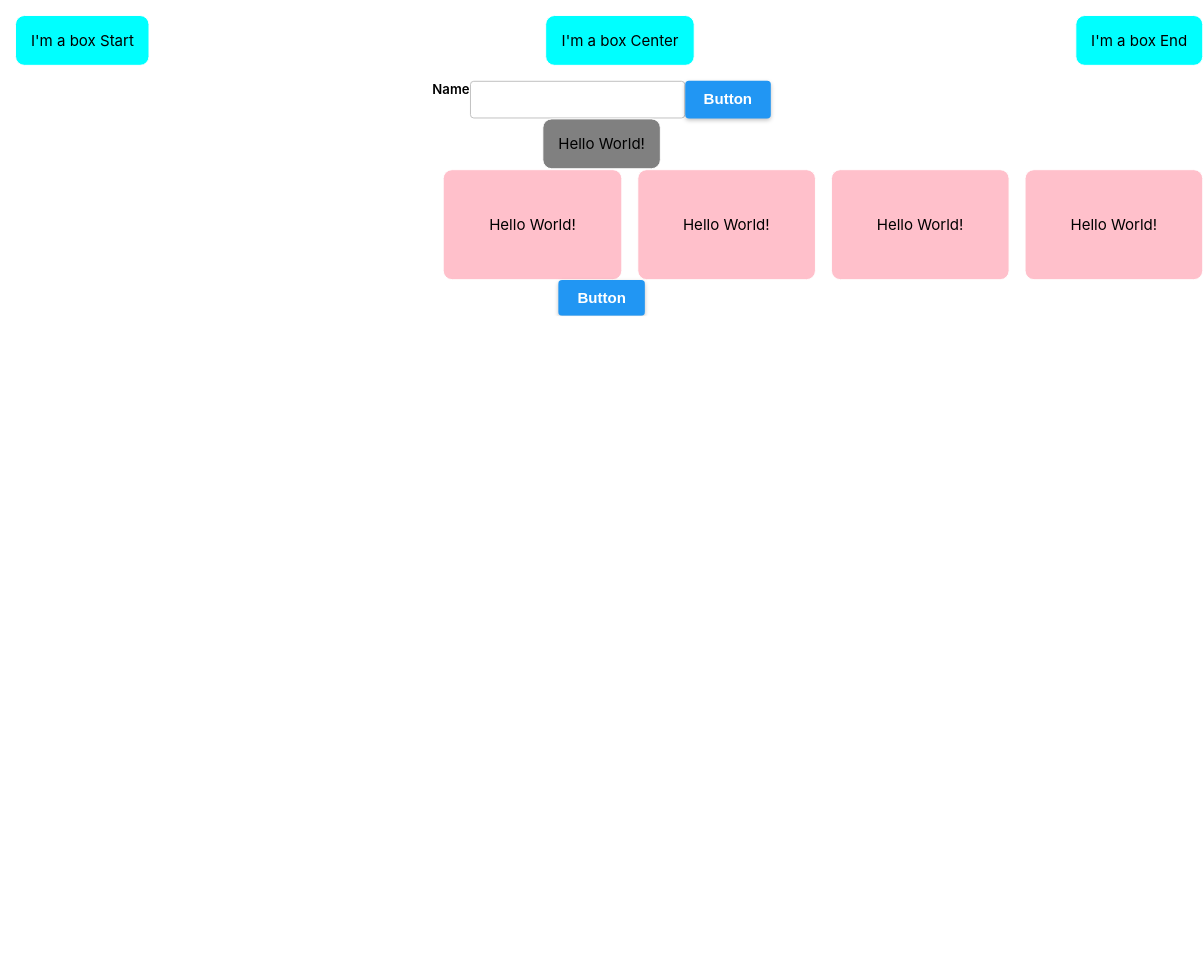
Repository: roistyx/react
Page: /components (app in layouts-app/)
An editor plug-in stored every save of this project. The page is shown before and after the next save, followed by the edit.
The browser window is 1280 px wide. The pictures show the whole page, at 94% of full size.
The project was rebuilt for these pictures with package versions that can differ from the ones it lists, and the page was loaded fresh each time.

Above is the page before, as saved 2023-04-30 17:06:43.

### layouts-app/src/App.js
import React from 'react';
import { Between, SpaceEvenly, Center, FlexEnd } from './layouts/Line';
import { Btn } from './elements/Btn';
import { Rows } from './layouts/Line';
import SearchField from './elements/TextField';
import { AlignCenter } from './layouts/Line';
import { Box } from './layouts/Box';
import { Grid } from './layouts/Grid';

export default function App() {
	return (
		<div>
			<Between>
				<Box bgColor="	#00FFFF" borderRadius="10px" gap="1rem" boxMargin="1rem">
					<span>I'm a box Start</span>
				</Box>
				<Box bgColor="	#00FFFF" borderRadius="10px" gap="1rem">
					<span>I'm a box Center</span>
				</Box>
				<Box bgColor="	#00FFFF" borderRadius="10px" gap="1rem">
					<span>I'm a box End</span>
				</Box>
			</Between>
			<Rows>
				<AlignCenter>
					<SearchField />
				</AlignCenter>
			</Rows>
			<Center>
				<Box bgColor="grey" borderRadius="10px" gap="1rem">
					<span>Hello World!</span>
				</Box>
			</Center>
			<FlexEnd>
				<Box bgColor="pink" borderRadius="10px" gap="3rem">
					<span>Hello World!</span>
				</Box>
				<Box bgColor="pink" borderRadius="10px" gap="3rem">
					<span>Hello World!</span>
				</Box>
				<Box bgColor="pink" borderRadius="10px" gap="3rem">
					<span>Hello World!</span>
				</Box>
				<Box bgColor="pink" borderRadius="10px" gap="3rem">
					<span>Hello World!</span>
				</Box>
			</FlexEnd>
			<Center>
				<Btn>Button</Btn>
			</Center>
			<Grid gap="5rem" bgColor="pink">
				<Box>One</Box>
				<Box>Two</Box>
				<Box>Three</Box>
				<Box>Four</Box>
				<Box>Five</Box>
				<Box>Six</Box>
				<Box>Seven</Box>
			</Grid>
		</div>
	);
}

### layouts-app/src/layouts/Line.js
import './Line.css';

export const Line = ({ children, addClass }) => {
	return <div className={`Line ${addClass || ''}`}>{children}</div>;
};

export const FlexEnd = (props) => {
	return <Line {...props} addClass="flex-end" />;
};

export const Between = (props) => {
	return <Line {...props} addClass="between" />;
};

export const Center = (props) => {
	return <Line {...props} addClass="center" />;
};

export const SpaceEvenly = (props) => {
	return <Line {...props} addClass="evenly" />;
};

export const Rows = (props) => {
	return <Line {...props} addClass="rows" />;
};

export const AlignStart = ({ children }) => {
	return <div className="AlignStart">{children}</div>;
};

export const AlignCenter = ({ children }) => {
	return <div className="AlignCenter">{children}</div>;
};

### layouts-app/src/elements/Btn.js
import { Button } from '@mui/material';
import './Btn.css';
export const Btn = ({ children }) => {
	return (
		<button className="Btn">
			<span>{children}</span>{' '}
		</button>
		// <Button variant="contained" color="primary">
		// 	{' '}
		// 	<span>{children}</span>{' '}
		// </Button>
	);
};

### layouts-app/src/elements/TextField.js
import '../elements/TextField.css';
import React from 'react';
import { Btn } from '../elements/Btn.js';
import { TextField } from '@mui/material';

const SearchField = () => {
	return (
		<div>
			<form class="text-field">
				<label for="name">Name</label>
				<input type="text" id="name" name="name" />
				<Btn>Button</Btn>
			</form>
		</div>
	);
};

export default SearchField;

### layouts-app/src/layouts/Box.js
import './Box.css';

export const Box = ({ boxMargin, bgColor, borderRadius, gap, children }) => {
	const style = {
		...(boxMargin ? { '--boxMargin': boxMargin } : {}),
		...(bgColor ? { '--background': bgColor } : {}),
		...(borderRadius ? { '--border-radius': borderRadius } : {}),
		...(gap ? { '--gap': gap } : {}),
	};

	return (
		<div className="Box" style={style}>
			{children}
		</div>
	);
};

### layouts-app/src/layouts/Grid.js
import './Grid.css';

export const Grid = ({ bgColor, gap, children }) => {
	console.log(bgColor, gap, 'bgColor, gap');
	const style = {
		...(bgColor ? { '--background-color': bgColor } : {}),
		...(gap ? { '--gap': gap } : {}),
	};
	return (
		<div className="Grid" style={style}>
			{children}
		</div>
	);
};

### layouts-app/src/layouts/Line.css
.Line {
	display: flex;
	gap: var(--gap);
	height: 100%;
	align-items: center;
}

.Line.flex-end {
	justify-content: flex-end;
}

.Line.between {
	justify-content: space-between;
}

.Line.center {
	justify-content: center;
}

.Line.evenly {
	justify-content: space-evenly;
}

.Line.around {
	justify-content: space-around;
}

.Line.rows {
	flex-direction: column;
	align-items: stretch;
}

.AlignStart {
	align-self: flex-start;
}

.AlignCenter {
	align-self: center;
}

### layouts-app/src/elements/Btn.css
.Btn {
	display: inline-block;
	padding: 10px 20px;
	font-size: 16px;
	font-weight: 600;
	text-align: center;
	text-decoration: none;
	background-color: #2196f3;
	color: #fff;
	border-radius: 4px;
	border: none;
	cursor: pointer;
	box-shadow: 0px 2px 5px rgba(0, 0, 0, 0.25);
	transition: background-color 0.3s ease;
}
.Btn:hover {
	background-color: #0d6ec3;
}

### layouts-app/src/elements/TextField.css
.text-field {
	display: flex;
	flex-direction: row;
}

.text-field label {
	font-size: 14px;
	font-weight: 600;
	margin-bottom: 5px;
}

.text-field input {
	padding: 10px;
	font-size: 16px;
	border-radius: 4px;
	border: 1px solid #bdbdbd;
	transition: border-color 0.3s ease;
}
.text-field input:focus {
	outline: none;
	border-color: #2196f3;
}

### layouts-app/src/layouts/Box.css
:root {
	--background: #fff;
	--border: #fff;
	--gap: 1rem;
	--margin: 0 0 0 0;
	--border-radius: 0.25rem;
}

.Box {
	background-color: var(--background);
	border: 1px solid var(--border);
	padding: var(--gap);
	margin: var(--boxMargin);
	border-radius: var(--border-radius);
}

### layouts-app/src/layouts/Grid.css
.Grid {
	background-color: var(--bgColor);
	/* row-gap: var(--gap, 400px); */
	display: grid;
	height: 100%;
	grid-template-rows: 1fr 1fr 1fr;
	grid-template-columns: repeat(3, 1fr);
	/* grid-template-rows: 100px 100px 100px; */
	gap: var(--gap);
}

.Grid > * {
	color: white;
	font-size: 16px;
	display: flex;
	align-items: center;
	justify-content: center;
}

/* .Grid > :nth-child(1) {
	background-color: var(--bgColor);
	color: #fff;
}

.Grid > :nth-child(2) {
}

.Grid > :nth-child(3) {
	background-color: #e1e1e1;
} */

Loaded but not shown: layouts-app/public/index.html (common file); layouts-app/src/index.js (common file); layouts-app/src/index.css (common file); layouts-app/src/reportWebVitals.js (common file)

After the next save:
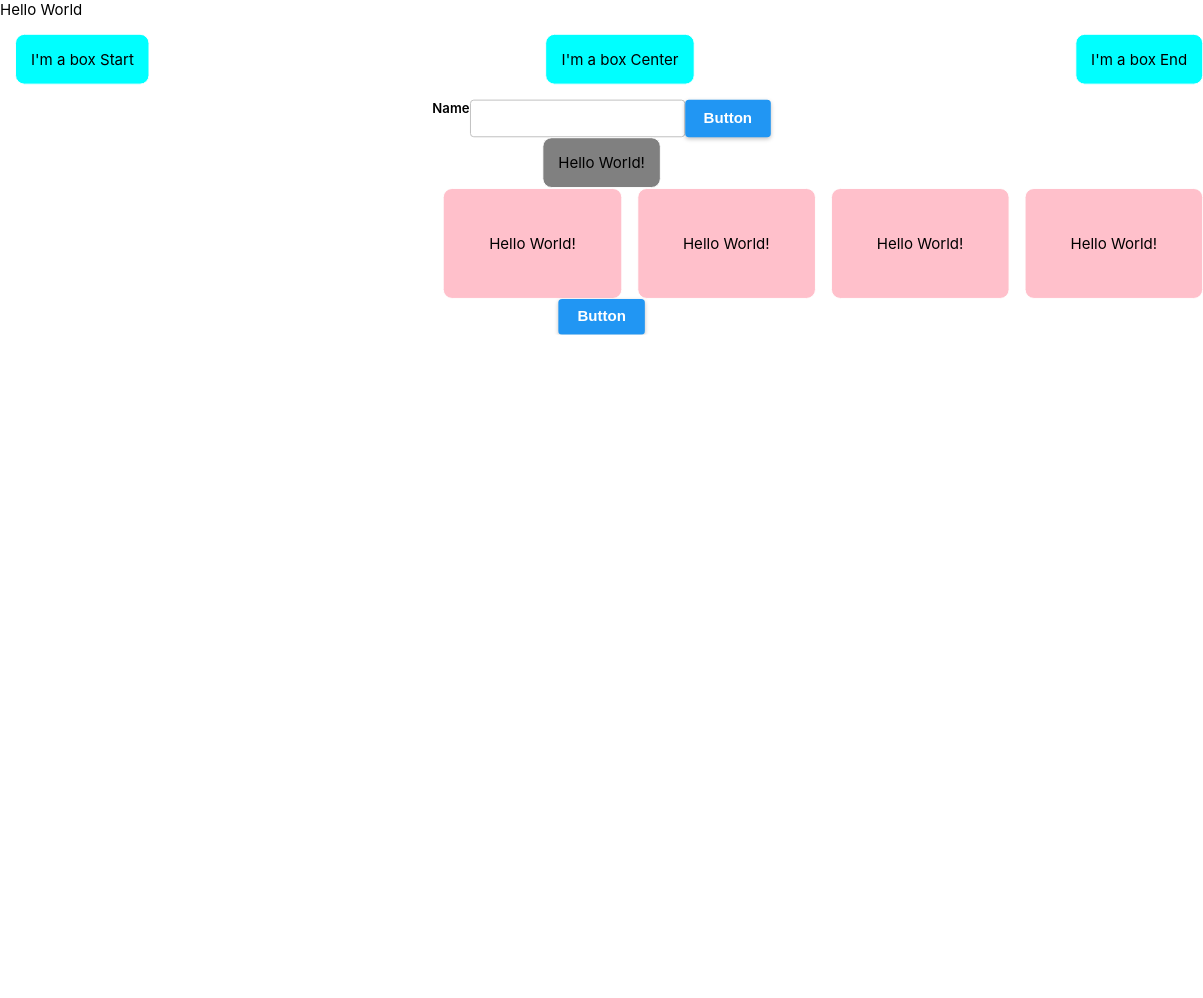
Saved 18 min 37 s later.
--- a/layouts-app/src/App.js
+++ b/layouts-app/src/App.js
@@ -10,6 +10,7 @@ import { Grid } from './layouts/Grid';
 export default function App() {
 	return (
 		<div>
+			Hello World
 			<Between>
 				<Box bgColor="	#00FFFF" borderRadius="10px" gap="1rem" boxMargin="1rem">
 					<span>I'm a box Start</span>
